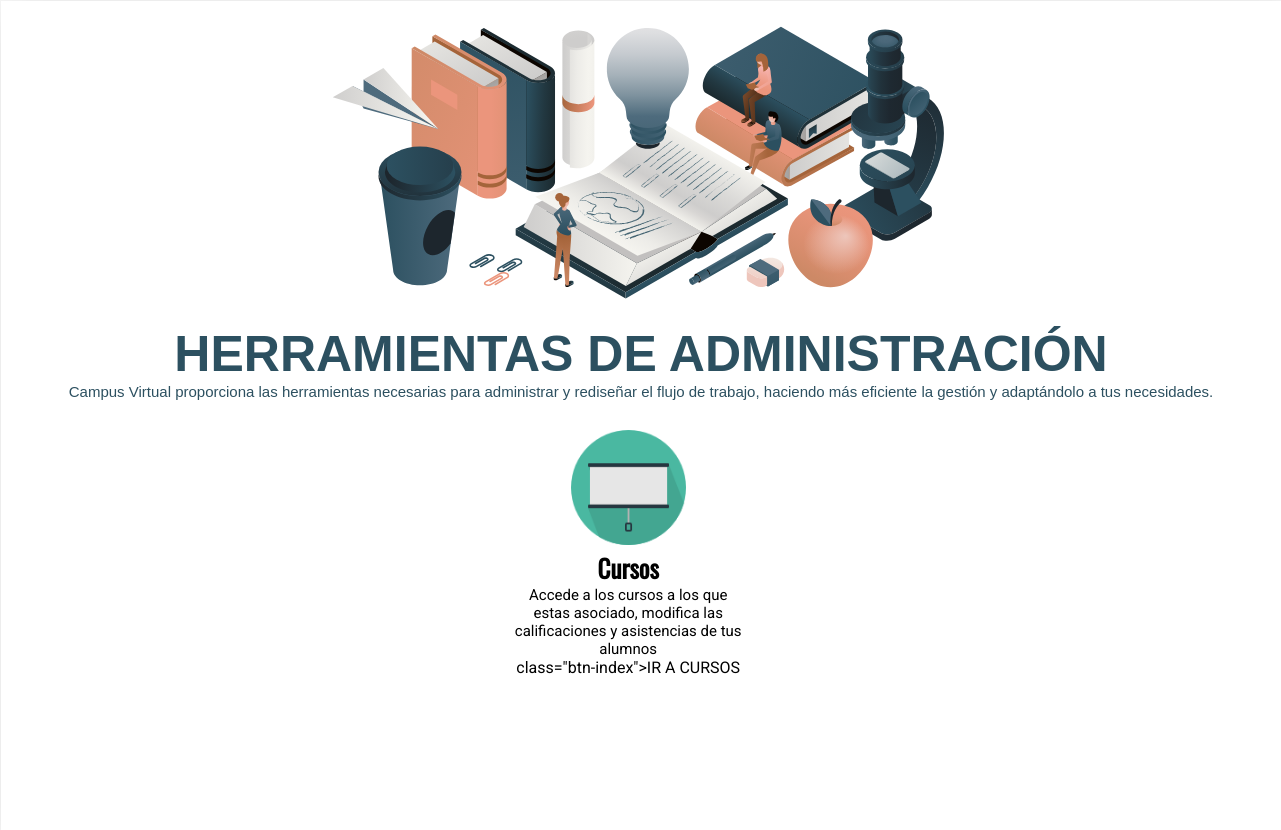
Repository: AlejandraBarrachina23/TPIntegrador_Barrachina_Java
Page: http://localhost/Alejandra_Barrachina_TP_Integrador1/index-profesores.jsp
The author's editor kept a copy of each file at every save. The page is drawn from the files as they stood at one save, then again after the next save.
The browser window is 1280 px wide. The page is 1281 px wide, so the pictures cover 1281 px, including what lies to the right of the window. The pictures show the whole page.
Some web fonts or font styles are not loaded; a fallback is used. The page is served by Tomcat 9. Nobody is signed in. The application's start-up code is not run.

Above is the page before, as saved 2019-12-17 23:39:05.

After the next save:
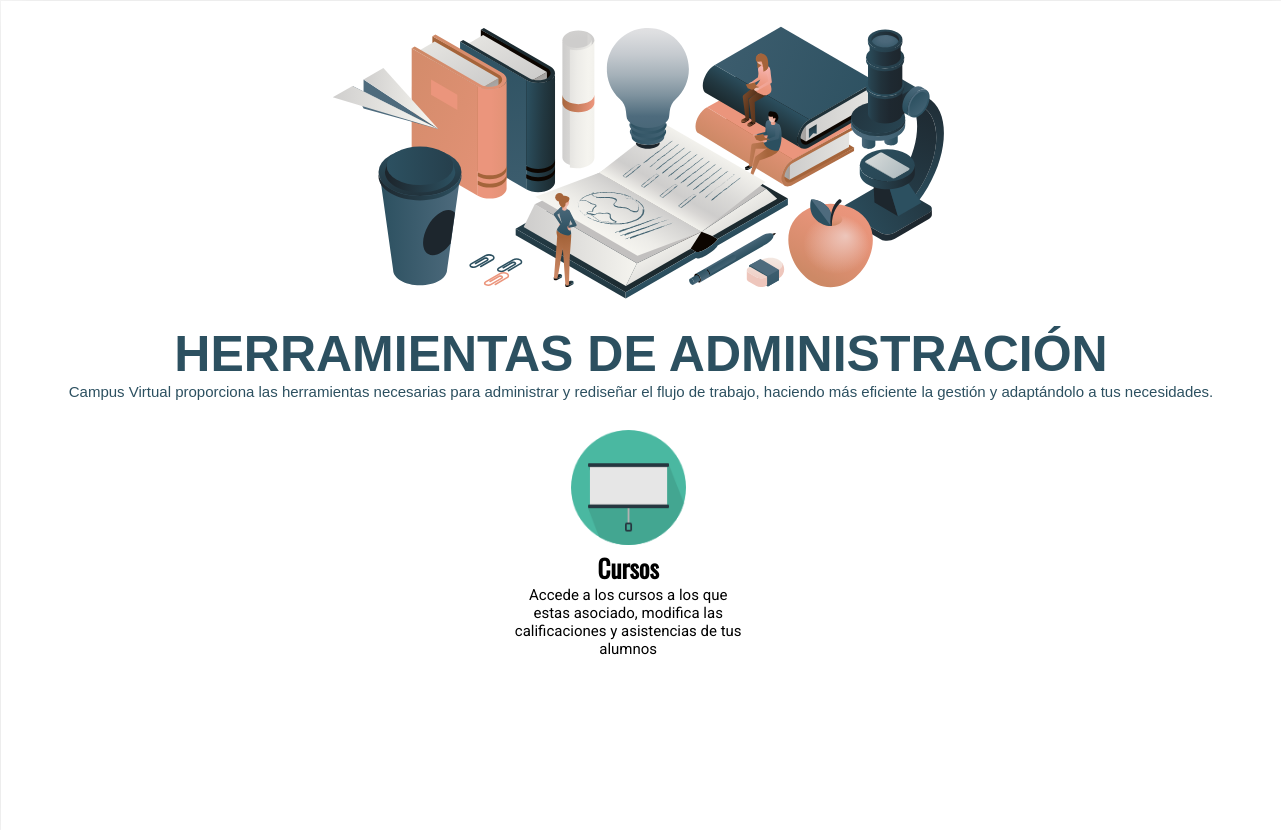
Saved 4 s later.
--- a/Alejandra_Barrachina_TP_Integrador1/WebContent/index-profesores.jsp
+++ b/Alejandra_Barrachina_TP_Integrador1/WebContent/index-profesores.jsp
@@ -25,7 +25,6 @@
 			<div class="index-item-descripcion"><a href="cursosporprofesor.jsp"><img src="img/cursos-big.png" alt="cursos"></a>
 				<h3>Cursos</h3>
 				<p> Accede a los cursos a los que estas asociado, modifica las calificaciones y asistencias de tus alumnos </p>
-				 class="btn-index">IR A CURSOS</a>
 			</div>
 		</div>
 	</div>
